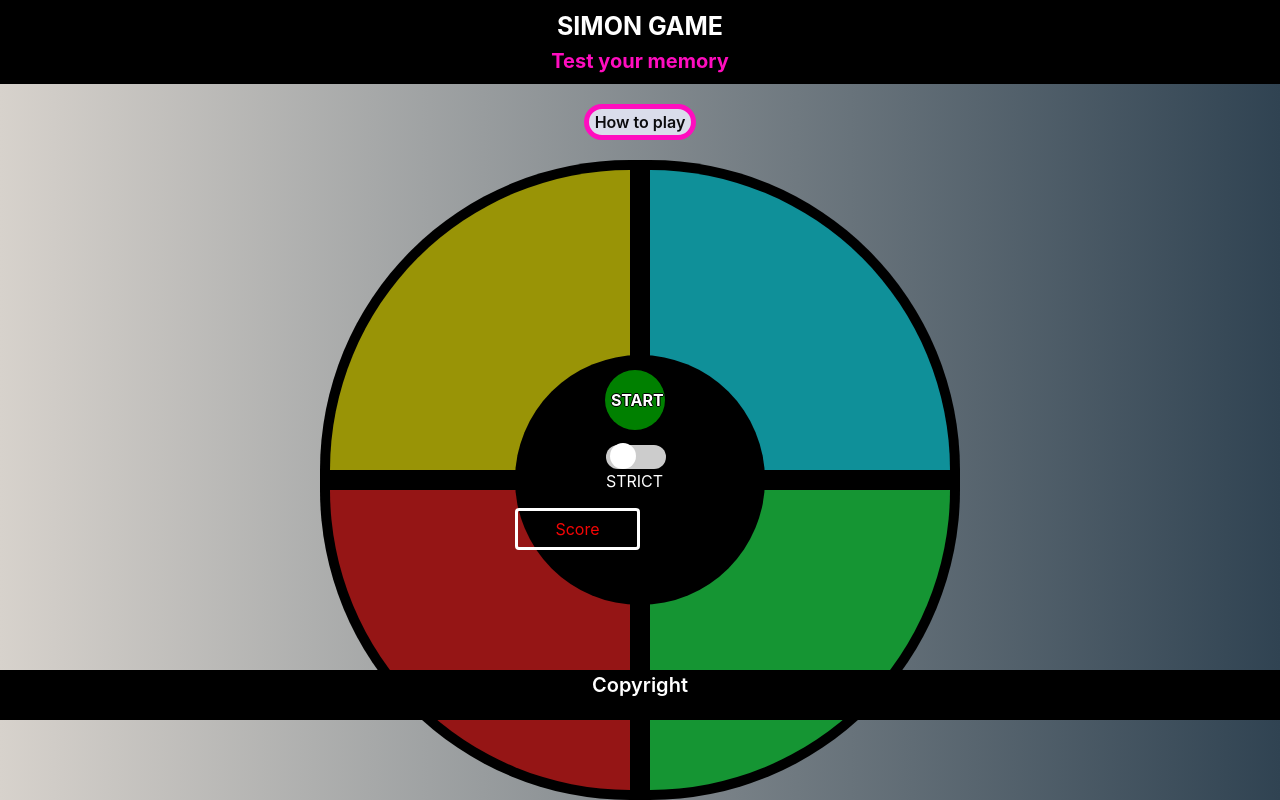
Repository: murphya14/Simon-game
Page: index.html
The author's editor kept a record of every edit. The page is drawn from the files as they stood at one moment, then again after the next edit.
The browser window is 1280 px wide. The pictures show the whole page.

Above is the page before.

After the next edit:
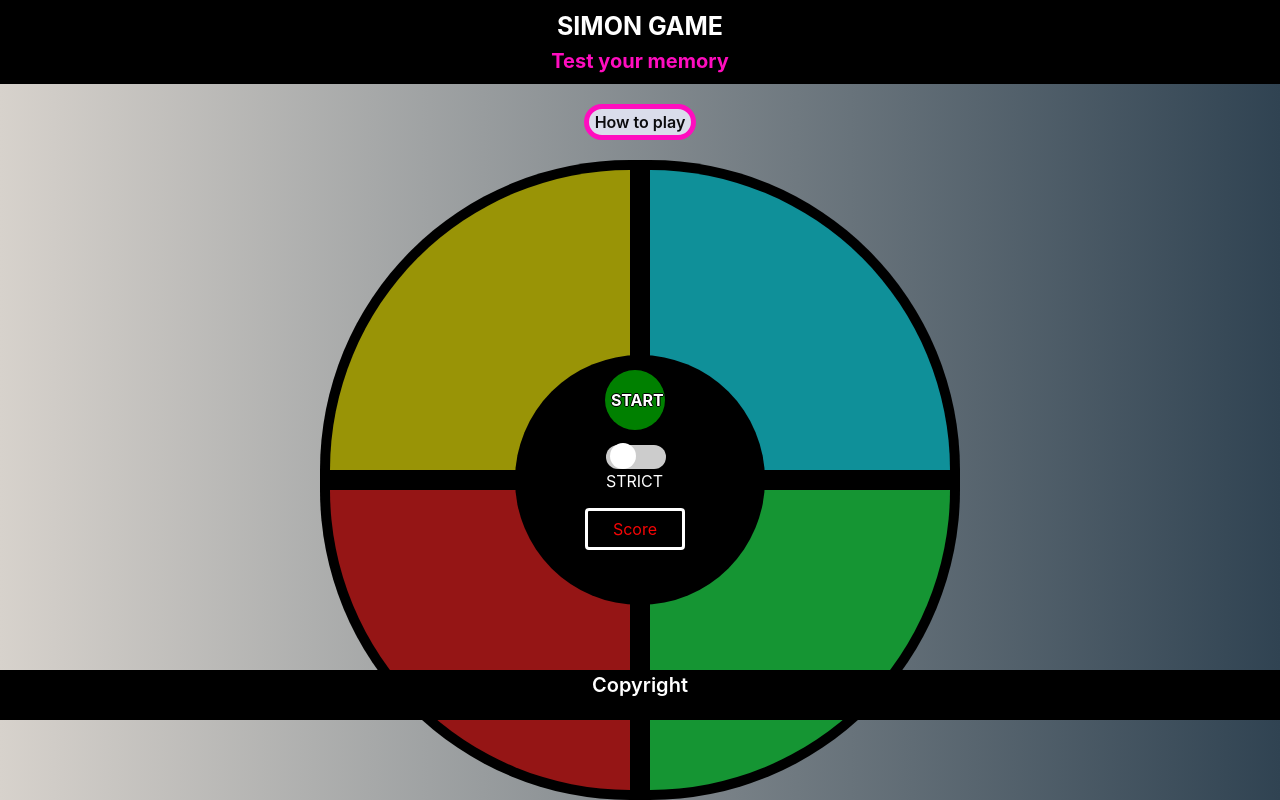
The edit:
--- a/assets/css/style.css
+++ b/assets/css/style.css
@@ -214,10 +214,9 @@
 
 #counter {
 
-  width: 50%;
-  float: left;
+  width: 40%;
   text-align: center;
-  margin:0;
+  margin-left:70px;
   color:#F50505;
   border: solid white;
 
